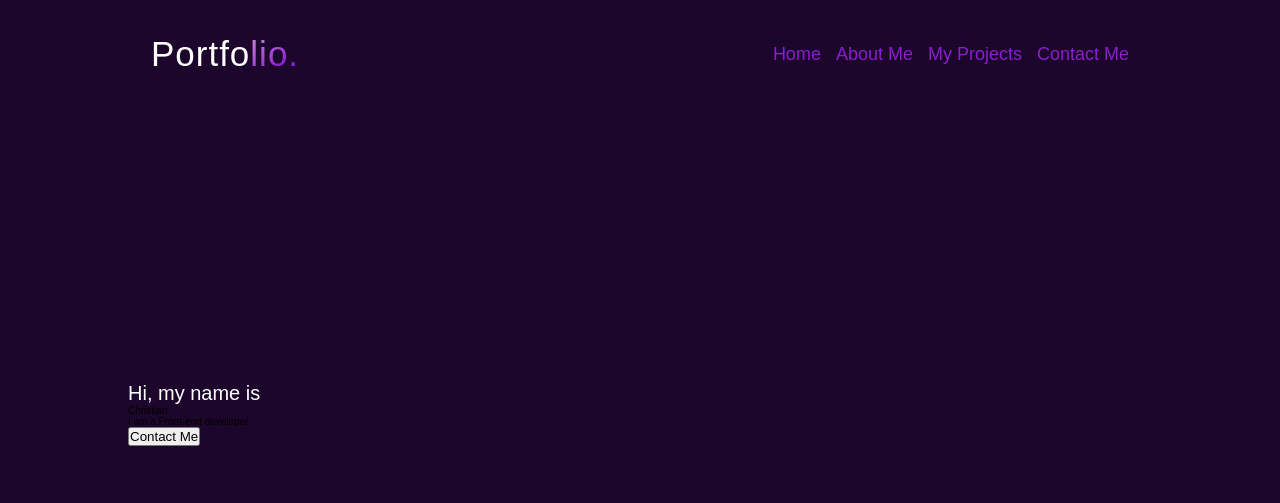
Repository: ChristianGecchelin/portfolio-web
Page: /
The author's editor kept a copy of each file at every save. The page is drawn from the files as they stood at one save, then again after the next save.
The browser window is 1280 px wide. The pictures show the whole page.
The project was rebuilt for these pictures with package versions that can differ from the ones it lists, and the page was loaded fresh each time. Also part of the build but not shown: src/App/App.css.

Above is the page before, as saved 2022-01-20 19:27:31.

### public/index.html
<!DOCTYPE html>
<html lang="en">
  <head>
    <meta charset="utf-8" />
    <link rel="icon" href="%PUBLIC_URL%/favicon.ico" />
    <meta name="viewport" content="width=device-width, initial-scale=1" />
    <meta name="theme-color" content="#000000" />
    <meta name="description" content="Portfolio Online Christian Gecchelin" />
    <link rel="apple-touch-icon" href="%PUBLIC_URL%/logo192.png" />

    <link rel="manifest" href="%PUBLIC_URL%/manifest.json" />

    <title>Portfolio Christian</title>
  </head>
  <body>
    <noscript>You need to enable JavaScript to run this app.</noscript>
    <div id="root"></div>
  </body>
</html>

### src/index.js
import React from "react";
import ReactDOM from "react-dom";

import App from "./App/index";
import "./index.css";
ReactDOM.render(<App />, document.getElementById("root"));

### src/App/index.js
import { AppUI } from "./AppUI";
import "./App.css";

function App() {
  return <AppUI></AppUI>;
}

export default App;

### src/index.css
* {
  box-sizing: border-box;
  margin: 0;
  padding: 0;
}
html {
  font-size: 62.5%;
  font-family: "DM Sans", sans-serif;
}
body {
  background: #1d062b;
  width: 100%;
  height: 100vh;
}

### src/App/AppUI.js
import React from "react";
import { Header } from "../Header/Index.js";
import { Home } from "../Home/Index.js";
import "./App.css";

function AppUI() {
  return (
    <>
      <Header />
      <Home />
    </>
  );
}
export { AppUI };

### src/Header/Index.js
import React from "react";
import { NavBar } from "./NavBar";
import "./header.css";

function Header() {
  return (
    <header>
      <h1>
        Portfo<span>lio.</span>
      </h1>
      <NavBar />
    </header>
  );
}
export { Header };

### src/Home/Index.js
import React from "react";
import "./Home.css";
function Home() {
  return (
    <section className="Home-container">
      <div className="text-container">
        <p className="first-lineText">Hi, my name is</p>
        <p>Christian</p>
        <p>I am a Front-end developer</p>
      </div>
      <button>Contact Me</button>
    </section>
  );
}
export { Home };

### src/Header/NavBar/index.js
import React from "react";
import { MobileNavigation } from "./MobileNavigation";
import { Navigation } from "./Navigation";
import "./NavBar.css";
function NavBar() {
  return (
    <div className="NavBar">
      <MobileNavigation />
      <Navigation />
    </div>
  );
}
export { NavBar };

### src/Header/header.css
header {
  display: flex;
  flex-direction: row;
  justify-content: space-around;
  align-items: center;
  gap: 5%;
  width: 100%;
  height: 15vh;
}
header h1 {
  margin: 0;
  width: 20%;
  min-width: 200px;
  font-size: 3.5rem;
  letter-spacing: 1px;
  font-weight: 500;
  color: #fff;
}
header h1 span {
  background: linear-gradient(147deg, #ce93d8 0%, #8c1cd1 74%);
  -webkit-background-clip: text;
  color: transparent;
  font-weight: 500;
}
@media (max-width: 750px) {
  header {
    justify-content: center;
    gap: 0;
  }
}

### src/Home/Home.css
.Home-container {
  position: relative;
  display: flex;
  flex-direction: column;
  justify-content: center;
  align-items: flex-start;
  width: 80%;
  min-width: 280px;
  height: 85vh;
  margin: 0 auto;
}
.text-container {
  display: flex;
  flex-direction: column;
  justify-content: center;
  align-items: flex-start;
  width: 100%;
  height: auto;
}
.first-lineText {
  font-size: 2rem;
  color: #fff;
}

### src/Header/NavBar/MobileNavigation.js
import React, { useState } from "react";
import "./NavBar.css";
import { NavLinks } from "./NavLinks";
import { TiThMenu } from "react-icons/ti";
function MobileNavigation() {
  const [open, setOpen] = useState(false);
  const closeMobileMenu = () => setOpen(false);
  return (
    <nav className="MobileNavigation">
      <TiThMenu className="hamburguer" onClick={() => setOpen(!open)} />
      {open && <NavLinks isMobile={true} closeMobileMenu={closeMobileMenu} />}
    </nav>
  );
}
export { MobileNavigation };

### src/Header/NavBar/Navigation.js
import React from "react";
import "./NavBar.css";
import { NavLinks } from "./NavLinks";
function Navigation() {
  return (
    <nav className="Navigation">
      <NavLinks />
    </nav>
  );
}
export { Navigation };

### src/Header/NavBar/NavBar.css
.NavBar .MobileNavigation {
  display: none;
}
.NavBar .Navigation {
  display: flex;
  align-items: center;
}
.NavBar nav ul {
  display: flex;
  flex-direction: row;
  justify-content: flex-end;
  gap: 15px;
  text-align: center;
  list-style: none;
}
.NavBar nav ul li a {
  font-size: 1.8rem;
  font-weight: 500;
  line-height: 2rem;
  text-decoration: none;
  color: #8c1cd1;
}
a:visited {
  color: #8c1cd1;
}
.NavBar nav ul li a:hover {
  color: #fff;
}
@media (max-width: 750px) {
  .NavBar .Navigation {
    display: none;
  }
  .NavBar .MobileNavigation {
    display: flex;
    align-items: center;
  }
  .NavBar .MobileNavigation .hamburguer {
    position: absolute;
    color: #fff;
    height: 2rem;
    width: 2rem;
    cursor: pointer;
    z-index: 1;
  }
  .NavBar nav ul {
    display: flex;
    flex-direction: column;
    justify-content: center;
    gap: 10px;
    position: absolute;
    margin: 0;
    top: 0;
    right: 0;
    width: 100%;
    height: 100vh;
    background: rgba(0, 0, 0, 0.4);
    text-align: center;
  }
  .NavBar nav ul li a {
    font-size: 2.4rem;
    font-weight: 500;
    line-height: 2.5rem;
    text-decoration: none;
    letter-spacing: 1px;
  }
  a:visited {
    color: #8c1cd1;
  }
}

### src/Header/NavBar/NavLinks.js
import React from "react";
import "./NavBar.css";
import { motion } from "framer-motion";
function NavLinks(props) {
  const animateFrom = { opacity: 0, y: -40 };
  const animateTo = { opacity: 1, y: 0 };
  return (
    <ul>
      <motion.li
        initial={animateFrom}
        animate={animateTo}
        transition={{ delay: 0.05 }}
        onClick={() => props.isMobile && props.closeMobileMenu()}
      >
        <a href="#home">Home</a>
      </motion.li>
      <motion.li
        initial={animateFrom}
        animate={animateTo}
        transition={{ delay: 0.1 }}
        onClick={() => props.isMobile && props.closeMobileMenu()}
      >
        <a href="#aboutMe">About Me</a>
      </motion.li>
      <motion.li
        initial={animateFrom}
        animate={animateTo}
        transition={{ delay: 0.2 }}
        onClick={() => props.isMobile && props.closeMobileMenu()}
      >
        <a href="#myProjects">My Projects</a>
      </motion.li>
      <motion.li
        initial={animateFrom}
        animate={animateTo}
        transition={{ delay: 0.3 }}
        onClick={() => props.isMobile && props.closeMobileMenu()}
      >
        <a href="#contactMe">Contact Me</a>
      </motion.li>
    </ul>
  );
}
export { NavLinks };

After the next save:
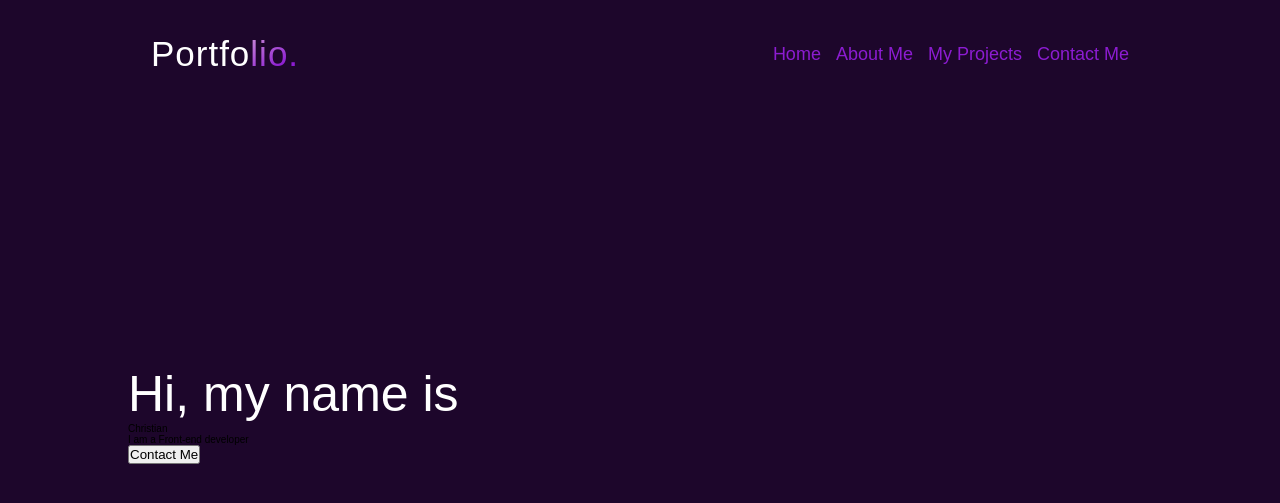
Saved 10 s later.
--- a/src/Home/Home.css
+++ b/src/Home/Home.css
@@ -18,6 +18,6 @@
   height: auto;
 }
 .first-lineText {
-  font-size: 2rem;
+  font-size: 5rem;
   color: #fff;
 }
